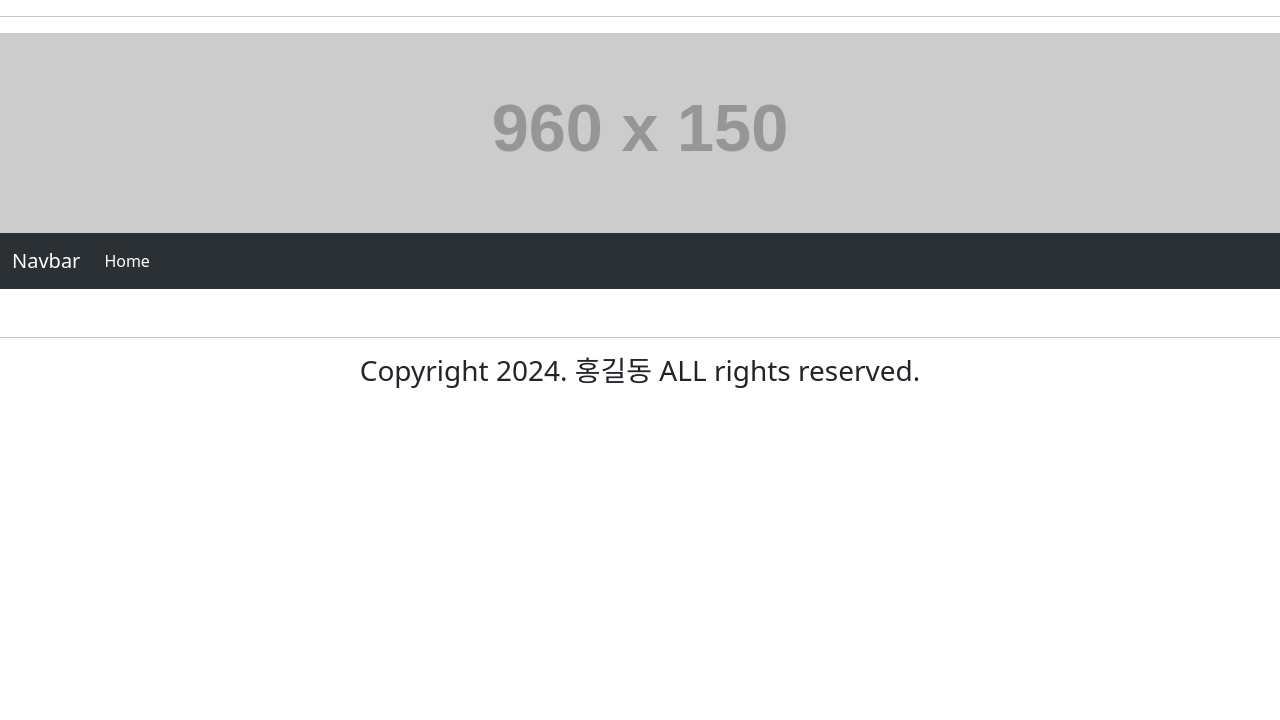
Repository: nltpbj/jsp
Page: http://localhost/ex01/
These files come from the project's save history. The page is drawn as it stood at one moment and after the next save; the edit follows.
The browser window is 1280 px wide. The pictures show the whole page.
The page is served by Tomcat 9. Other server files are loaded and not shown.

Above is the page before, as saved 2024-04-29 02:07:41.

### ex01/src/main/webapp/home.jsp
<%@ page language="java" contentType="text/html; charset=UTF-8"
    pageEncoding="UTF-8"%>
<!DOCTYPE html>
<html>
<head>
	<meta charset="UTF-8">
	<title>홈페이지</title>
	<link href="https://cdn.jsdelivr.net/npm/bootstrap@5.3.3/dist/css/bootstrap.min.css" rel="stylesheet" integrity="sha384-QWTKZyjpPEjISv5WaRU9OFeRpok6YctnYmDr5pNlyT2bRjXh0JMhjY6hW+ALEwIH" crossorigin="anonymous">
	<script src="https://cdn.jsdelivr.net/npm/bootstrap@5.3.3/dist/js/bootstrap.bundle.min.js" integrity="sha384-YvpcrYf0tY3lHB60NNkmXc5s9fDVZLESaAA55NDzOxhy9GkcIdslK1eN7N6jIeHz" crossorigin="anonymous"></script>
	<!--  부트스트랩에서 cdn복사해옴 -->
</head>
<body>
	<div clas="container">
		<jsp:include page="top.jsp"/>
		<jsp:include page="menu.jsp"/>
		<jsp:include page="bottom.jsp"/>
	</div>
</body>
</html>

### ex01/src/main/webapp/top.jsp
<%@ page language="java" contentType="text/html; charset=UTF-8"
    pageEncoding="UTF-8"%>
<div>
	<hr>
   <img src="http://via.placeholder.com/960x150" width="100%">
</div>

### ex01/src/main/webapp/menu.jsp
<%@ page language="java" contentType="text/html; charset=UTF-8"
    pageEncoding="UTF-8"%>
<nav class="navbar navbar-expand-lg bg-body-tertiary"  data-bs-theme="dark" >
  <div class="container-fluid">
    <a class="navbar-brand" href="#">Navbar</a>
    <button class="navbar-toggler" type="button" data-bs-toggle="collapse" data-bs-target="#navbarSupportedContent" aria-controls="navbarSupportedContent" aria-expanded="false" aria-label="Toggle navigation">
      <span class="navbar-toggler-icon"></span>
    </button>
    <div class="collapse navbar-collapse" id="navbarSupportedContent">
      <ul class="navbar-nav me-auto mb-2 mb-lg-0">
        <li class="nav-item">
          <a class="nav-link active" aria-current="page" href="#">Home</a>
        </li>
      </ul>
    </div>
  </div>
</nav>

### ex01/src/main/webapp/bottom.jsp
<%@ page language="java" contentType="text/html; charset=UTF-8"
    pageEncoding="UTF-8"%>
<div class="text-center my-5" >
	<hr>
	<h3>Copyright 2024. 홍길동 ALL rights reserved.</h3>
</div>

### ex01/src/main/java/controller/IndexServlet.java
package controller;

import java.io.IOException;

import javax.servlet.RequestDispatcher;
import javax.servlet.ServletException;
import javax.servlet.annotation.WebServlet;
import javax.servlet.http.HttpServlet;
import javax.servlet.http.HttpServletRequest;
import javax.servlet.http.HttpServletResponse;


@WebServlet("/")
public class IndexServlet extends HttpServlet {
	private static final long serialVersionUID = 1L;

	protected void doGet(HttpServletRequest request, HttpServletResponse response) throws ServletException, IOException {
			System.out.println("/ doget....");
			RequestDispatcher dis=request.getRequestDispatcher("/home.jsp");
			dis.forward(request, response);
	}


	protected void doPost(HttpServletRequest request, HttpServletResponse response) throws ServletException, IOException {

	}

}

### ex01/src/main/webapp/about.jsp
<%@ page language="java" contentType="text/html; charset=UTF-8"
    pageEncoding="UTF-8"%>
<div>
	<h1>회사소개</h1>
	<h3>What is Lorem Ipsum?</h3>
	<p>Lorem Ipsum is simply dummy text of the printing and typesetting industry. Lorem Ipsum has been the industry's standard dummy text ever since the 1500s, when an unknown printer took a galley of type and scrambled it to make a type specimen book. It has survived not only five centuries, but also the leap into electronic typesetting, remaining essentially unchanged. It was popularised in the 1960s with the release of Letraset sheets containing Lorem Ipsum passages, and more recently with desktop publishing software like Aldus PageMaker including versions of Lorem Ipsum.</p>
	<h3>Why do we use it?</h3>
	<p>It is a long established fact that a reader will be distracted by the readable content of a page when looking at its layout. The point of using Lorem Ipsum is that it has a more-or-less normal distribution of letters, as opposed to using 'Content here, content here', making it look like readable English. Many desktop publishing packages and web page editors now use Lorem Ipsum as their default model text, and a search for 'lorem ipsum' will uncover many web sites still in their infancy. Various versions have evolved over the years, sometimes by accident, sometimes on purpose (injected humour and the like).</p>


</div>

After the next save:
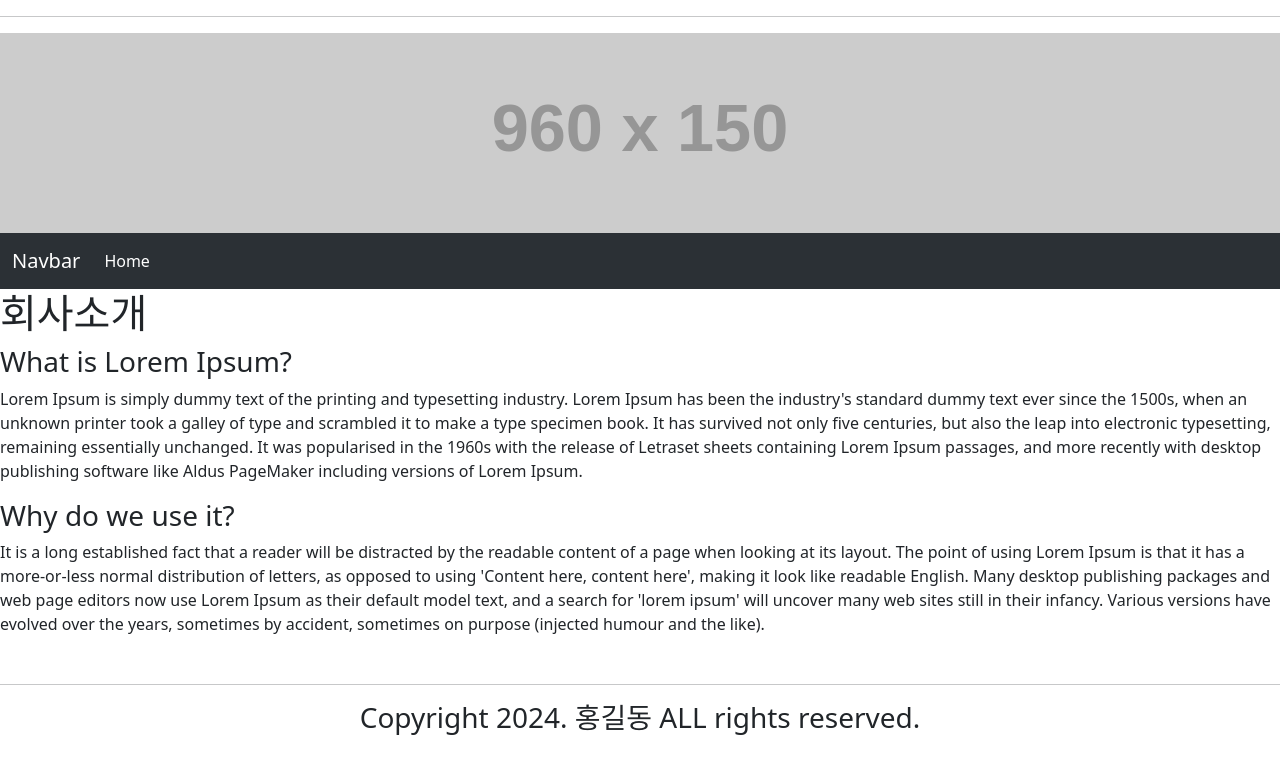
Saved 22 s later.
--- a/ex01/src/main/webapp/home.jsp
+++ b/ex01/src/main/webapp/home.jsp
@@ -13,6 +13,7 @@
 	<div clas="container">
 		<jsp:include page="top.jsp"/>
 		<jsp:include page="menu.jsp"/>
+		<jsp:include page="about.jsp"/>
 		<jsp:include page="bottom.jsp"/>
 	</div>
 </body>
